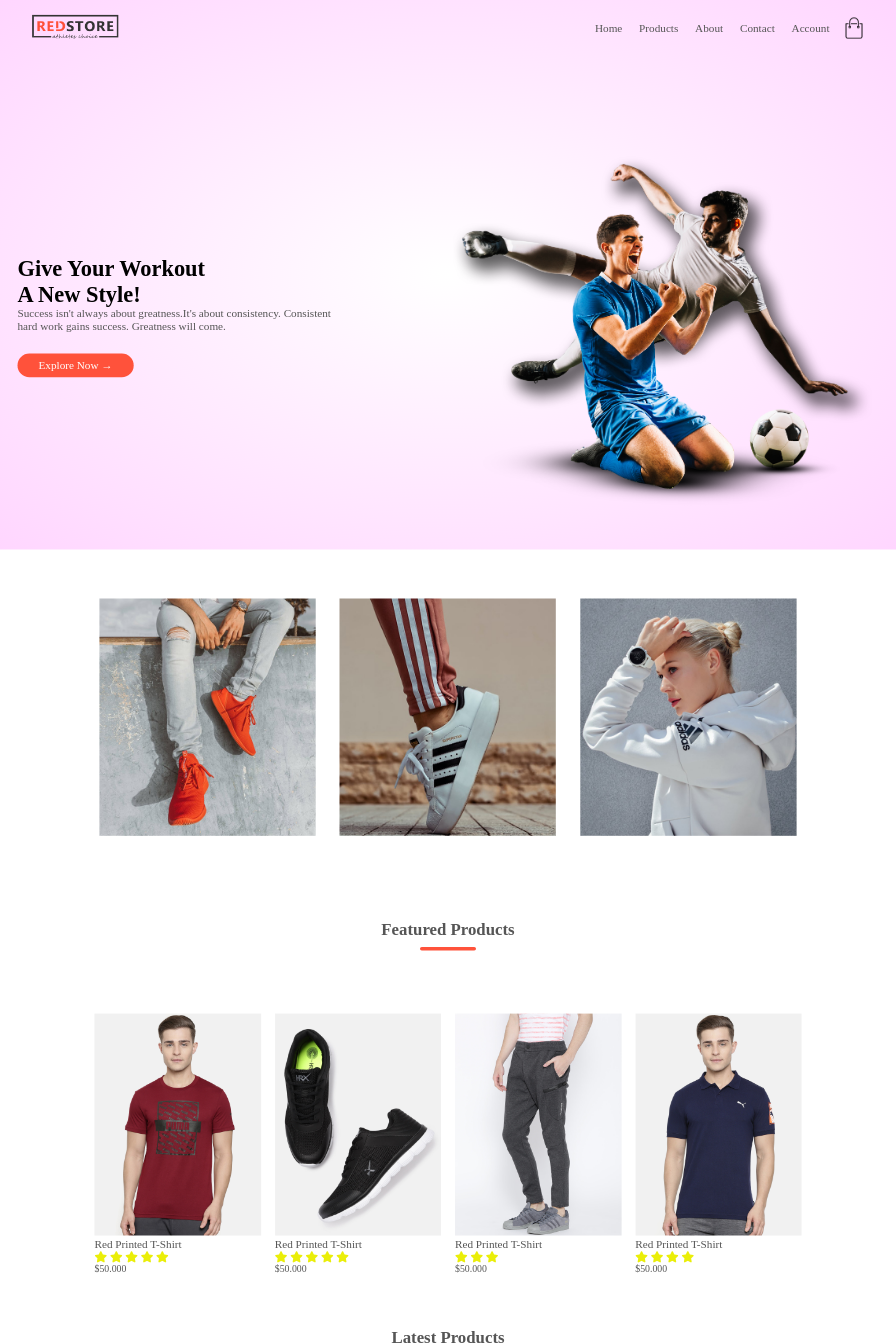
Repository: tuan21052000/Frontend
Page: index.html
These files come from the project's save history. The page is drawn as it stood at one moment and after the next save; the edit follows.
The browser window is 1280 px wide. The pictures show the part of the page from y = 0 to 1920 px (the page is 4022 px tall before and 25190 px after), at 70% of full size.

Above is the page before, as saved 2022-05-06 22:46:55.

After the next save:
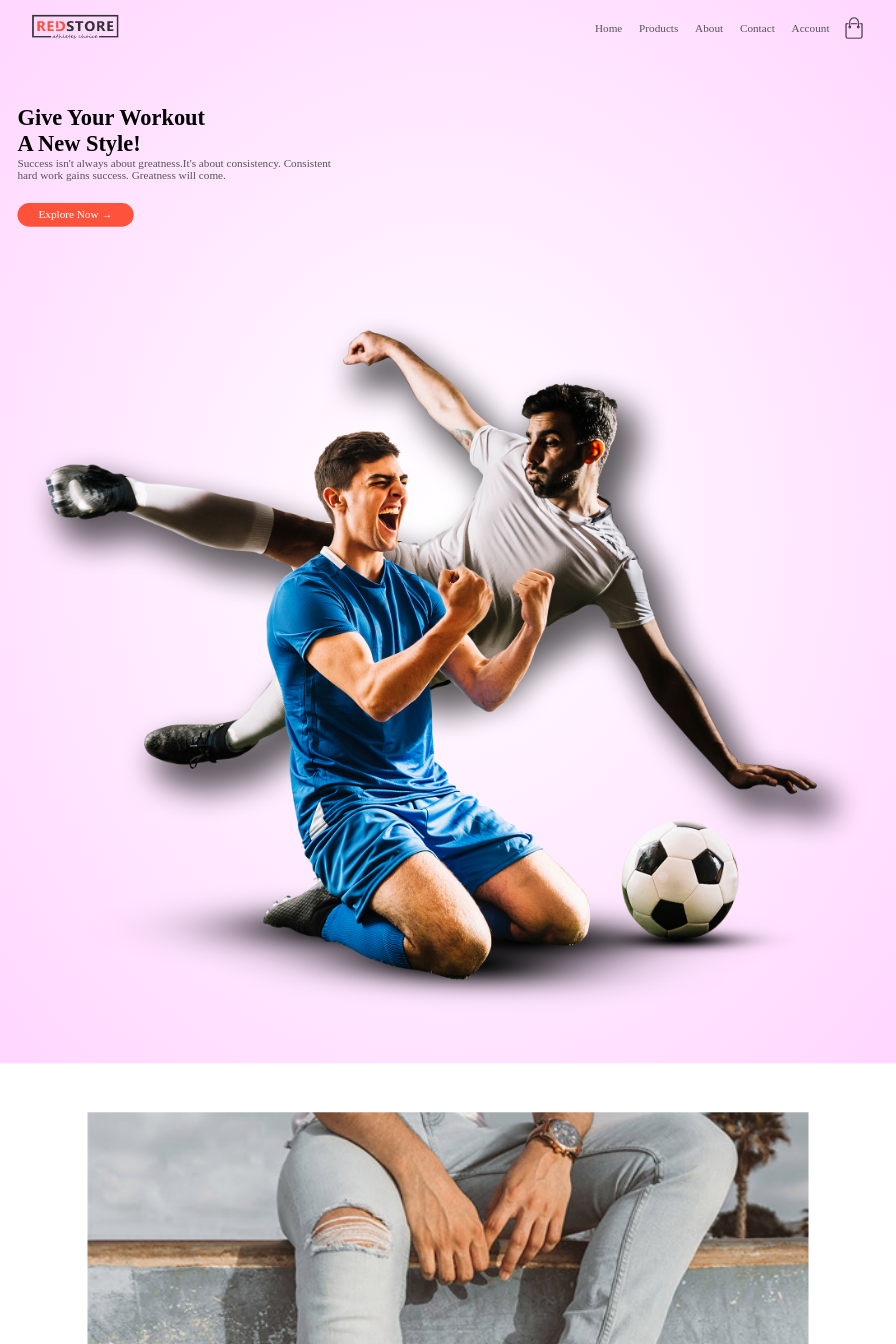
Saved 2 min 31 s later.
--- a/style.css
+++ b/style.css
@@ -33,12 +33,12 @@
     padding-left: 25px;
     padding-right:25px;
 }
-.row {
+/* .row {
     display: flex;
     align-items: center;
     flex-wrap: wrap;
     justify-content: space-around;
-}
+} */
 .col-2 {
     flex-basis: 50%;
     min-width: 300px;

After the 2 saves that followed:
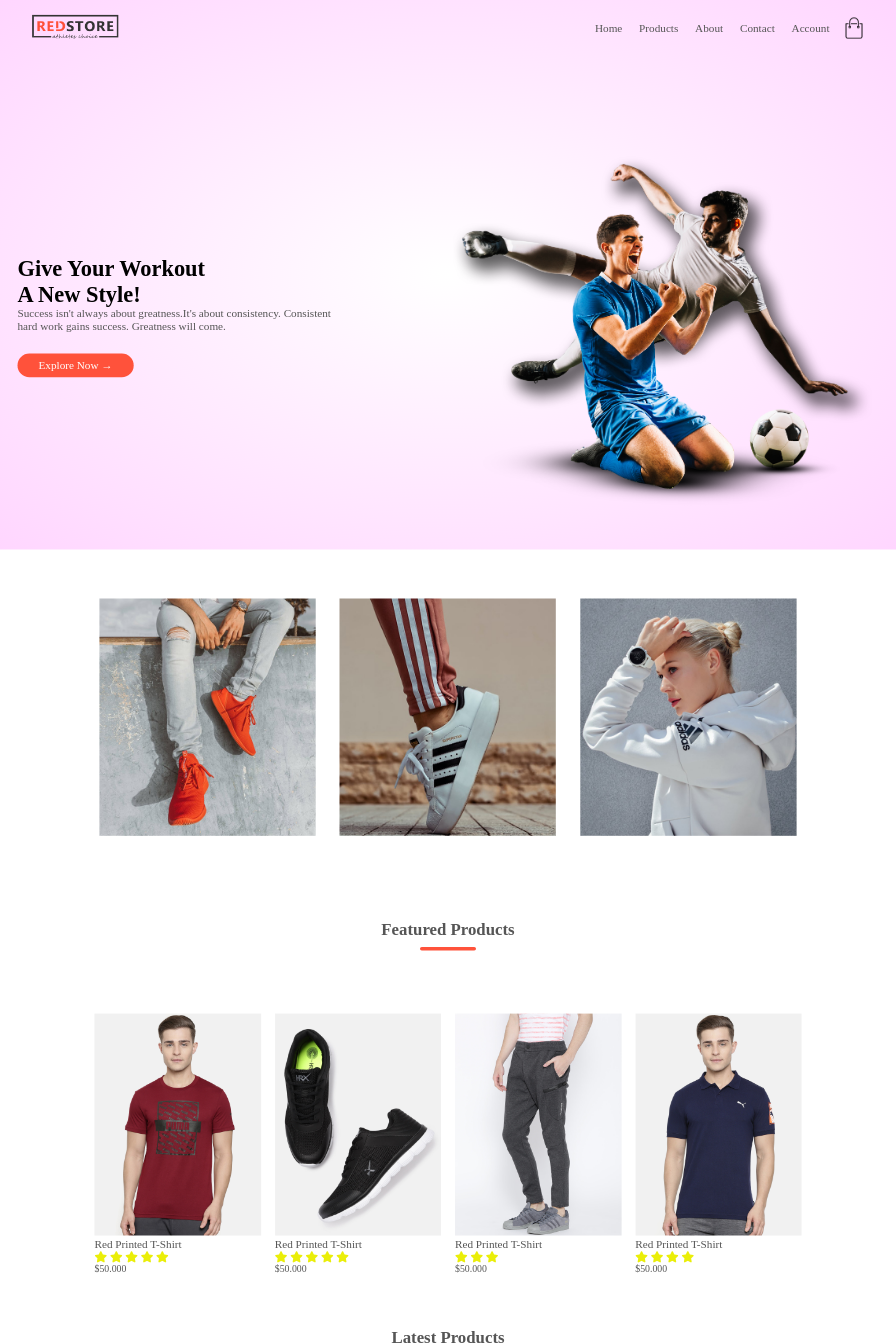
The 2 saves are shown as one change because they came seconds apart.
The last was saved 9 s later.
--- a/style.css
+++ b/style.css
@@ -33,12 +33,12 @@
     padding-left: 25px;
     padding-right:25px;
 }
-/* .row {
+.row {
     display: flex;
     align-items: center;
-    flex-wrap: wrap;
+   /*  flex-wrap: wrap; */
     justify-content: space-around;
-} */
+}
 .col-2 {
     flex-basis: 50%;
     min-width: 300px;
